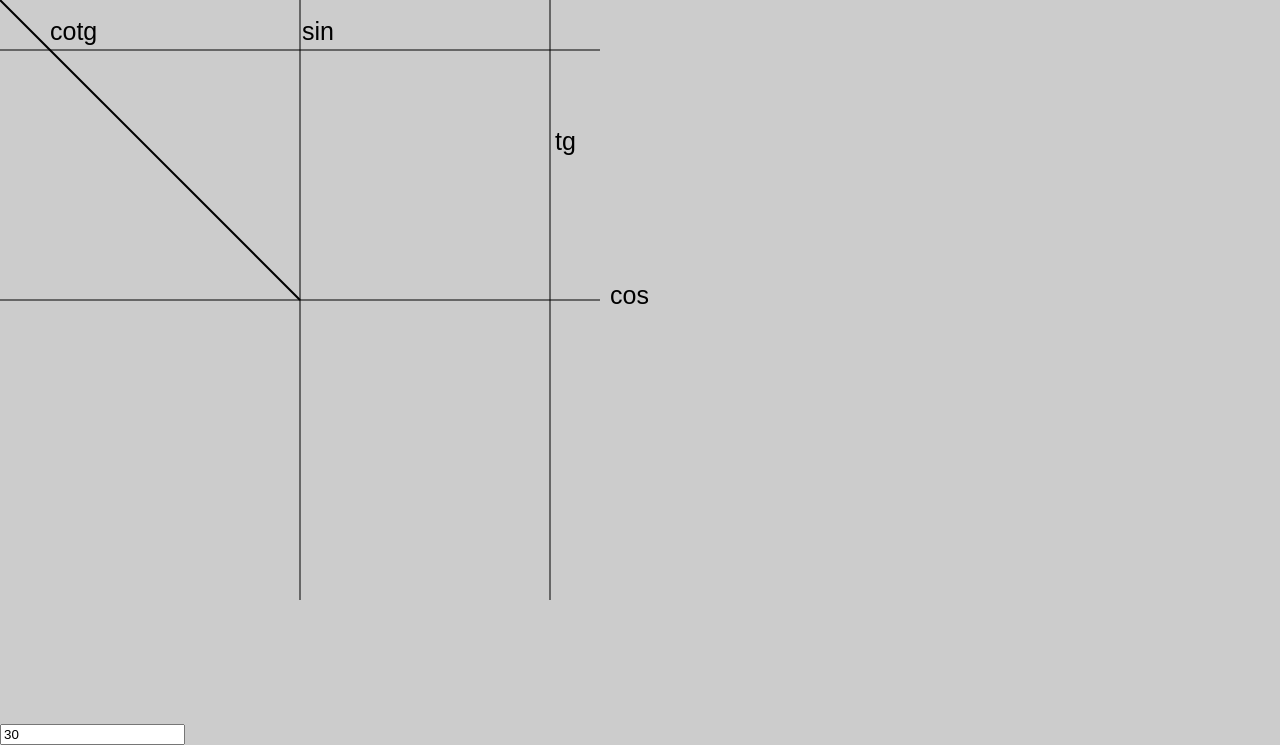
Repository: BraynStorm/braynstorm.github.io
Page: http://localhost/
The author's editor kept a copy of each file at every save. The page is drawn from the files as they stood at one save, then again after the next save.
The browser window is 1280 px wide. The pictures show the whole page.
The page is run by PHP 8.4 with error messages shown; the project is at /var/www/html/.

Above is the page before, as saved 2015-02-24 20:58:30.

### JSDrawing/index.php
<!DOCTYPE html>
<html>
	<head>
		<meta charset="UTF-8">
		<title>Insert title here</title>
		<link rel="stylesheet" type="text/css" href="main.css"/>
		<script type="text/javascript" src="js/jquery-2.1.3.min.js"></script>
		<script type="text/javascript" src="js/swgDrawing.js"></script>

	</head>
	<body>
		<div id="content">
			<svg width="1000" height="1000">
				<circle id="mainCircle" cx="300" cy="300" r="250" fill="none" stroke="black" />
				<line x1="300" y1="0" x2="300" y2="600" style="stroke:rgb(0,0,0);stroke-width:1;" id="sinLine" />
				<line x1="0" y1="300" x2="600" y2="300" style="stroke:rgb(0,0,0);stroke-width:1;" id="cosLine" />

				<line x1="550" y1="0" x2="550" y2="600" style="stroke:rgb(0,0,0);stroke-width:1;" id="tgLine" />
				<line x1="0" y1="50" x2="600" y2="50" style="stroke:rgb(0,0,0);stroke-width:1;" id="cotgLine" />

				<text x="610" y="304" style="font-size:25px;">cos</text>
				<text x="302" y="40" style="font-size:25px;">sin</text>
				<text x="555" y="150" style="font-size:25px;">tg</text>
				<text x="50" y="40" style="font-size:25px;">cotg</text>


				<!--  THE ANGLE -->

				<line id="angle" x1="300" y1="300" x2="0" y2="0" style="stroke:rgb(0,0,0);stroke-width:2;" />


			</svg>

			<input type="text" value="30" id="angleBox" />
		</div>
	</body>
</html>

### JSDrawing/main.css
@CHARSET "UTF-8";

body{
	background-color: #CCC;
	padding: 0;
	margin: 0;
	overflow: hidden;
	font-family: Droid Sans, mono, sans-serif;
}

svg{
	margin-top: 0px;
}


#menu{
	position: fixed;
	bottom: 0px;
	left:0px;

	height: 50px;
	width : 100%;
	border : 1px solid black;
}

### JSDrawing/js/swgDrawing.js
$(document).ready(function (){
	var angleBox	= $("#angleBox");
	var radiusBox	= $("#radiusBox");
	var beginX		= window.innerWidth/2;
	var beginY		= window.innerHeight/2;

	var sinColor = "#00AA00";
	var cosColor = "#0000AA";
	var tgColor = "#00AAAA";
	var cotgColor = "#AA0000";

	var radius		= 100;

	var svg			= $('svg');

	var circle		= $('#mainCircle');
	var showAdditions = $("#showAdditions");

	var sinAxis 	= $("#sinAxis");
	var cosAxis		= $("#cosAxis");
	var tgAxis		= $("#tgAxis");
	var cotgAxis	= $("#cotgAxis");

	var sinTxt 		= $("#sinTxt");
	var cosTxt		= $("#cosTxt");
	var tgTxt		= $("#tgTxt");
	var cotgTxt		= $("#cotgTxt");



	var angleArm	= $("#angleArm");
	var angleArc	= $("#angleArc");

	var projectionSin = $("#projectionSin");
	var projectionCos = $("#projectionCos");

	var projectionSinTxt = $("#projectionSinTxt");
	var projectionCosTxt = $("#projectionCosTxt");
	radiusBox.keypress(function (){
		init();
	});

	function init(){
		radius = parseInt(radiusBox.val());
		svg.css({
			width:  window.innerWidth,
			height: window.innerHeight
		});

		circle.attr({
			cx : beginX,
			cy : beginY,
			r : radius
		});

		sinAxis.attr({
			x1: beginX,
			y1: 0,
			x2: beginX,
			y2: window.innerHeight,
			stroke: sinColor
		});


		cosAxis.attr({
			x1: 0,
			y1: beginY,
			x2: window.innerWidth,
			y2: beginY,
			stroke: cosColor
		});


		tgAxis.attr({
			x1: beginX + radius,
			y1: 0,
			x2: beginX + radius,
			y2: window.innerHeight,
			stroke: tgColor
		});

		cotgAxis.attr({
			x1: 0,
			y1: beginY - radius,
			x2: window.innerWidth,
			y2: beginY - radius,
			stroke: cotgColor
		});

		angleArm.attr({
			x1: beginX,
			y1: beginY
		});

		sinTxt.attr({
			x: beginX + 10,
			y: beginY - radius - 10,
			fill: sinColor
		});

		cosTxt.attr({
			x: beginX + radius + 10,
			y: beginY - 10,
			fill: cosColor
		})

		tgTxt.attr({
			x: beginX + radius + 10,
			y: beginY - (radius/2),
			fill: tgColor
		});

		cotgTxt.attr({
			x: beginX + (radius / 2),
			y : beginY - radius - 10,
			fill: cotgColor
		});


		projectionSin.attr({
			x1: beginX,
			y1: beginY,
			x2: beginX,
			y2: beginY,
			stroke: sinColor
		});

		projectionCos.attr({
			x1: beginX,
			y1: beginY,
			x2: beginX,
			y2: beginY,
			stroke: cosColor
		});


		projectionSinTxt.attr({
			fill: sinColor
		});

		projectionCosTxt.attr({
			fill: cosColor
		});

	};

	showAdditions.click(function (){
		if(showAdditions.is(":checked")){
			projectionSin.attr("stroke-width","2");
			projectionCos.attr("stroke-width","2");
			projectionSinTxt.attr("fill", sinColor);
			projectionCosTxt.attr("fill", cosColor);
		}else{
			projectionSin.attr("stroke-width","0");
			projectionCos.attr("stroke-width","0");
			projectionSinTxt.attr("fill", "none");
			projectionCosTxt.attr("fill", "none");
		}
	});

	init();

	var angle = 0;

	var animator;

	animateAngle();

	function animateAngle(){
		var toAngle = parseInt(angleBox.val());

		if(angle-toAngle > 0){
			angle -= 1;
		}else if (angle-toAngle < 0){
			angle += 1;
		}

		var radians = angle * (Math.PI / 180);

		x = beginX + (Math.cos(radians) * radius);
		y = beginY - (Math.sin(radians) * radius);

		var xb = beginX + (Math.cos(radians) * radius * 4);
		var yb = beginY - (Math.sin(radians) * radius * 4);

		projectionCos.attr({
			x2: x,
			y1: y,
			y2: y
		});

		projectionSin.attr({
			x1: x,
			x2: x,
			y2: y
		});


		angleArm.attr("x2", xb);
		angleArm.attr("y2", yb);

		angleArc.attr("d", describeArc(beginX, beginY, radius/5, 90-angle, 90));


		animator = setTimeout(animateAngle, 15);
	}

	function describeArc(x, y, radius, startAngle, endAngle){

	    var start = polarToCartesian(x, y, radius, endAngle);
	    var end = polarToCartesian(x, y, radius, startAngle);

	    var arcSweep = endAngle - startAngle <= 180 ? "0" : "1";

	    var d = [
	        "M", start.x, start.y,
	        "A", radius, radius, 0, arcSweep, 0, end.x, end.y
	    ].join(" ");

	    return d;
	}
	function polarToCartesian(centerX, centerY, radius, angleInDegrees) {
		  var angleInRadians = (angleInDegrees-90) * Math.PI / 180.0;

		  return {
		    x: centerX + (radius * Math.cos(angleInRadians)),
		    y: centerY + (radius * Math.sin(angleInRadians))
		  };
		}

});

Loaded but not shown: JSDrawing/js/jquery-2.1.3.min.js (library)

After the next save:
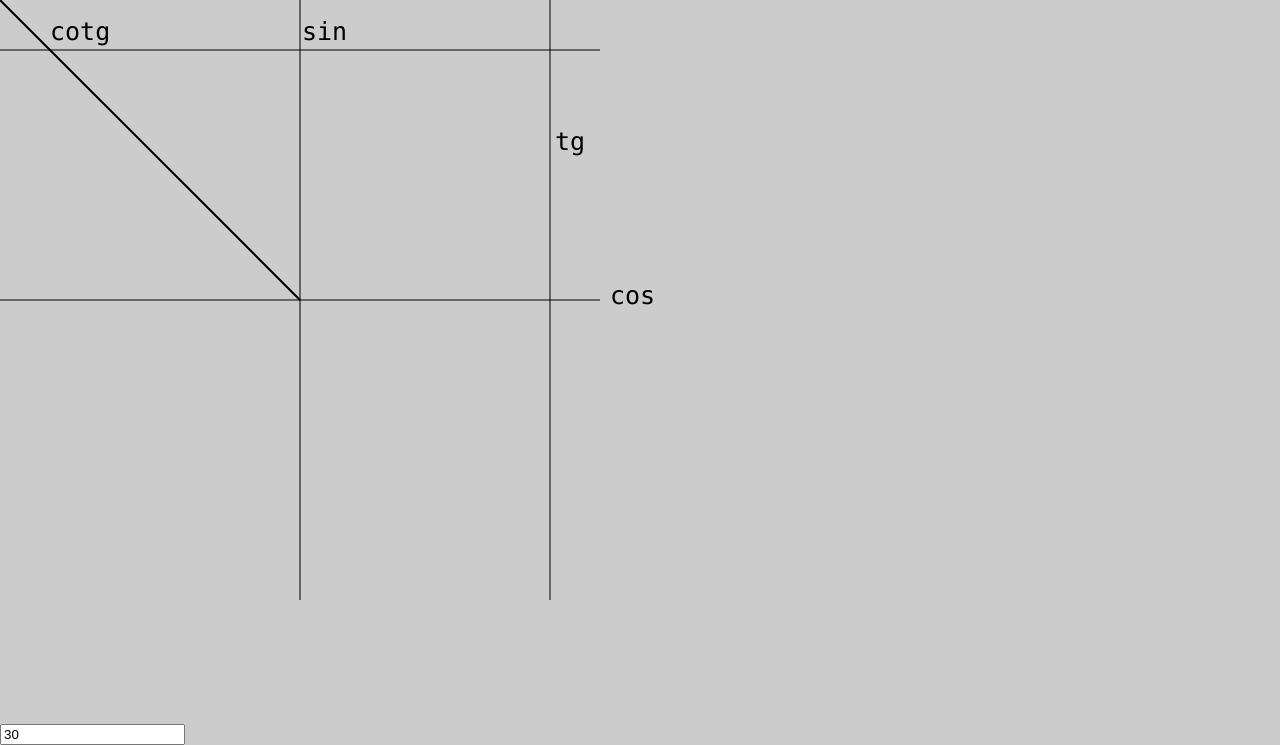
Saved 7 s later.
--- a/JSDrawing/main.css
+++ b/JSDrawing/main.css
@@ -5,7 +5,7 @@ body{
 	padding: 0;
 	margin: 0;
 	overflow: hidden;
-	font-family: Droid Sans, mono, sans-serif;
+	font-family: Consolas, mono, sans-serif;
 }
 
 svg{
